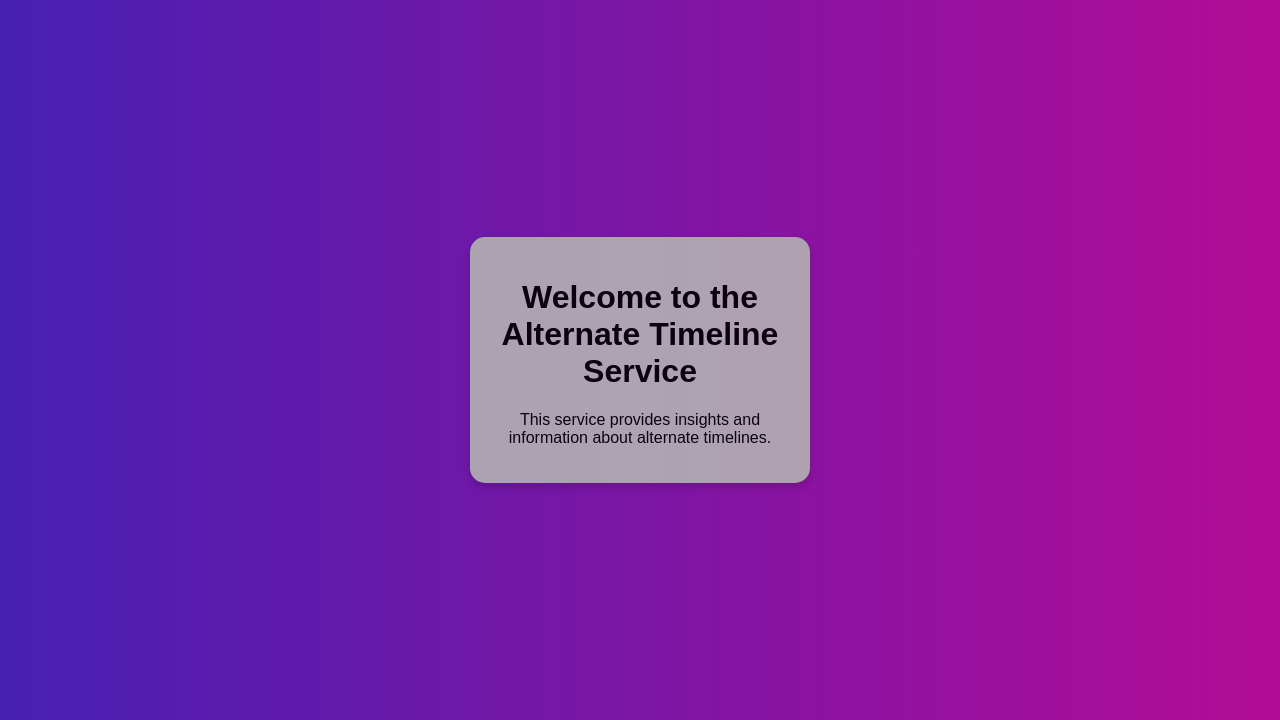
Repository: JovKun/DecisionCraft
Page: service/index.html
An editor plug-in stored every save of this project. The page is shown before and after the next save, followed by the edit.
The browser window is 1280 px wide. The pictures show the whole page.

Above is the page before, as saved 2026-01-31 12:42:00.
Not found: service/script.js

After the next save:
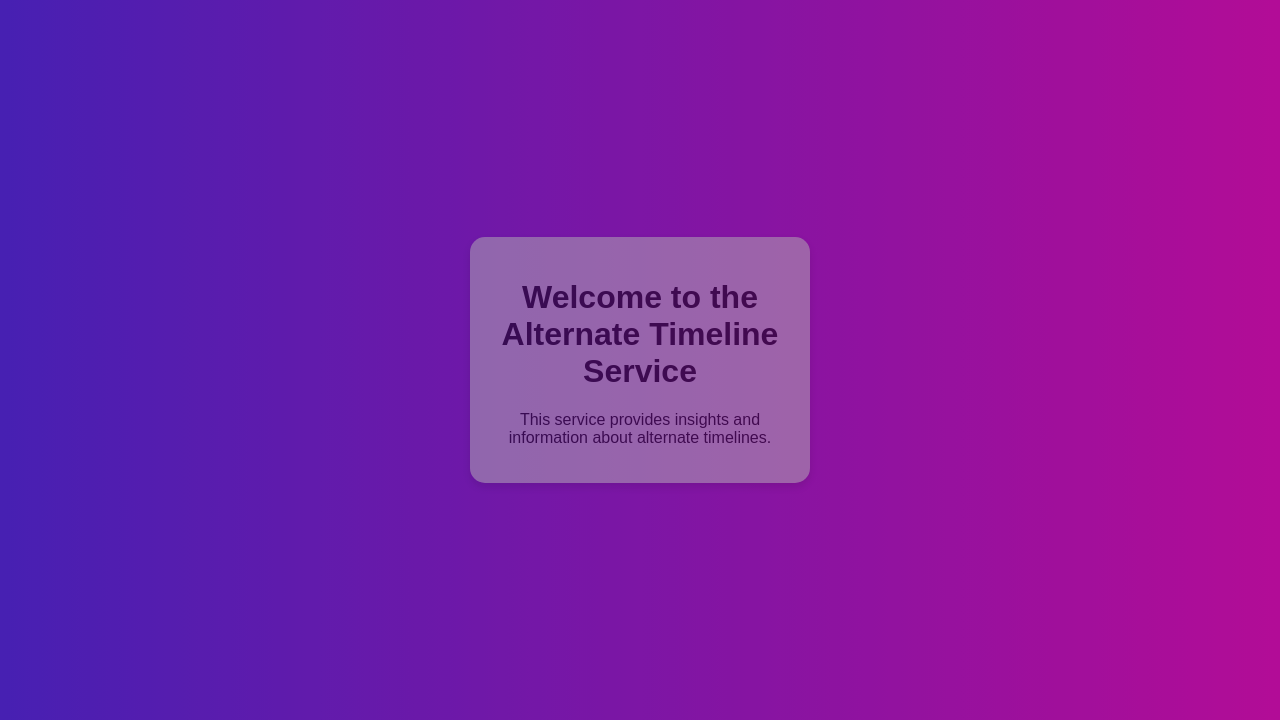
Saved 6 s later.
--- a/service/style.css
+++ b/service/style.css
@@ -22,5 +22,5 @@
     padding: 20px;
     text-align: center;
     width: 300px;
-    opacity: 0.9;
+    opacity: 0.5;
 }
